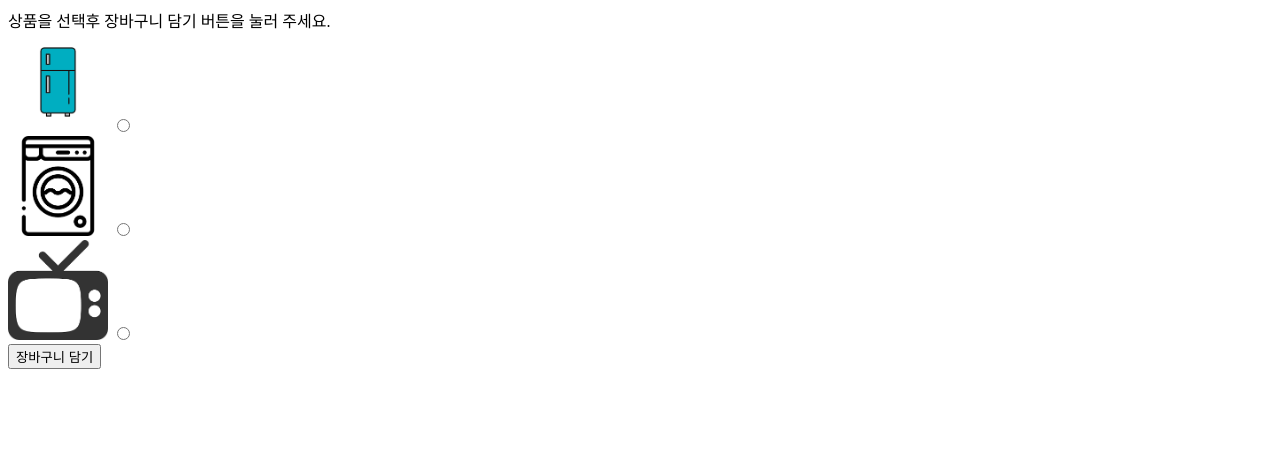
Repository: kimfunn/AI-Platform-
Page: workplace(0518)/13_Shop/WebContent/html/boardList.html
An editor plug-in stored every save of this project. The page is shown before and after the next save, followed by the edit.
The browser window is 1280 px wide. The pictures show the whole page.

Above is the page before, as saved 2021-06-22 07:13:32.

### workplace(0518)/13_Shop/WebContent/html/boardList.html
<!DOCTYPE html>
<html>
<head>
<meta charset="UTF-8">
<title>Insert title here</title>
<script src="https://code.jquery.com/jquery-3.6.0.js" integrity="sha256-H+K7U5CnXl1h5ywQfKtSj8PCmoN9aaq30gDh27Xc0jk=" crossorigin="anonymous"></script>
<script type="text/javascript">
	$(document).ready(function(){
		$('button').click(function(){

			const product=$('input:radio[name=product]:checked'); // input:checkbox[조건][name=subject]:checked => 체크된 것
			//js 로
		/* 	const subject_value=[] //{} 객체 []: 베열
			for (let i=0; i<subject.length; i++){
				subject_value.push(subject[i].value);


			} */
			const product_value=product[0].value;

			//console.log(opener.document.getElementById("welcomeMsg"));

			//회원가입 요청
			//AJAX 기술 활용 https://www.w3schools.com/js/js_ajax_intro.asp
			// JQuery-AJAX https://www.w3schools.com/jquery/jquery_ajax_intro.asp
			/*
			$.get('../Main?name='+name+"&id="+id+"&pw="+pw,function(data, status){
				alert("Data: " + data + "\nStatus: " + status);
				window.close();
			}); */

			$.post("../Main",
					  {
						sign :"basketInsert",
					    product_value
					  	 //비구조화 할당
					  },
					  function(data){
						    alert(data);

				 		   });



			//opener.document.getElementById("welcomeMsg").textContent=name+"님 환영합니다";

		});
	});

</script>
</head>
<body>  <!--  input 태그에서 id를 주면 같은 거 주지 못함 따라서 체크박스는 name으로 줘야함 -->
	상품을 선택후 장바구니 담기 버튼을 눌러 주세요.<br>

	<img src='../img/냉장고.png' width='100px'> <input name='product' type="radio" value ="냉장고"><br>
	<img src='../img/세탁기.png' width='100px'> <input name='product' type="radio" value ="세탁기"><br>
	<img src='../img/티비.png' width='100px'> <input name='product' type="radio" value ="TV"><br>

	<button>장바구니 담기</button>
</body>
</html>

After the next save:
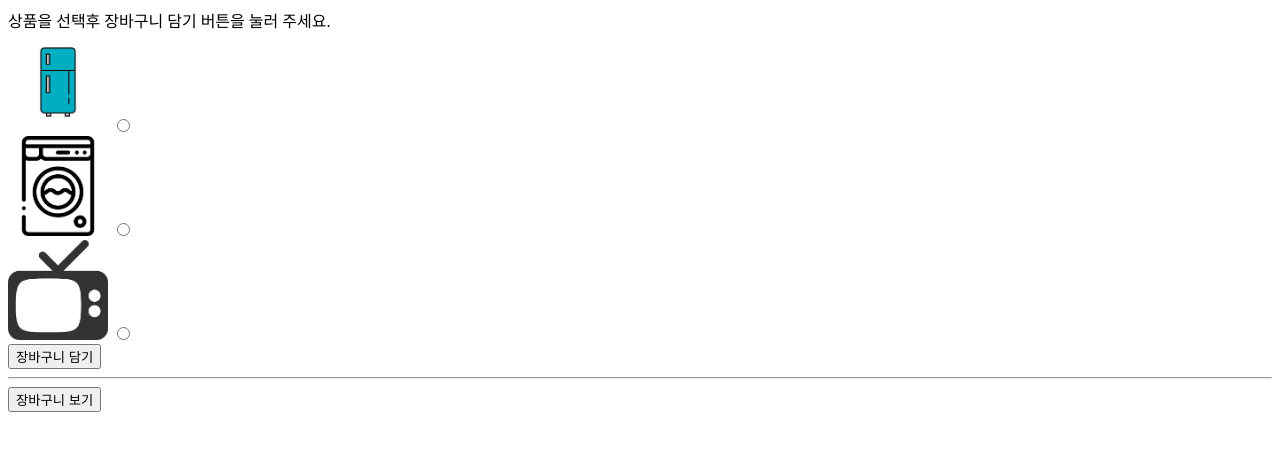
Saved 62 min 10 s later.
--- a/workplace(0518)/13_Shop/WebContent/html/boardList.html
+++ b/workplace(0518)/13_Shop/WebContent/html/boardList.html
@@ -6,7 +6,7 @@
 <script src="https://code.jquery.com/jquery-3.6.0.js" integrity="sha256-H+K7U5CnXl1h5ywQfKtSj8PCmoN9aaq30gDh27Xc0jk=" crossorigin="anonymous"></script>
 <script type="text/javascript">
 	$(document).ready(function(){
-		$('button').click(function(){
+		$('#basketInsertBtn').click(function(){
 
 			const product=$('input:radio[name=product]:checked'); // input:checkbox[조건][name=subject]:checked => 체크된 것
 			//js 로
@@ -45,6 +45,18 @@
 			//opener.document.getElementById("welcomeMsg").textContent=name+"님 환영합니다";
 
 		});
+
+		$("#basketViewBtn").click(function(){
+			$.post('../Main',
+					{sign:"basketView"},
+					function(data){
+						$('#basketViewDiv').html(data);
+
+			}
+
+			);
+
+		});
 	});
 
 </script>
@@ -56,6 +68,9 @@
 	<img src='../img/세탁기.png' width='100px'> <input name='product' type="radio" value ="세탁기"><br>
 	<img src='../img/티비.png' width='100px'> <input name='product' type="radio" value ="TV"><br>
 
-	<button>장바구니 담기</button>
+	<button id="basketInsertBtn">장바구니 담기</button> <!--  id는 태그를 유일화 , name은 데이터를 서버로 보내려고 하는 것-->
+	<hr>
+	<button id="basketViewBtn"> 장바구니 보기</button><br>
+	<div id="basketViewDiv"> </div>
 </body>
 </html>
